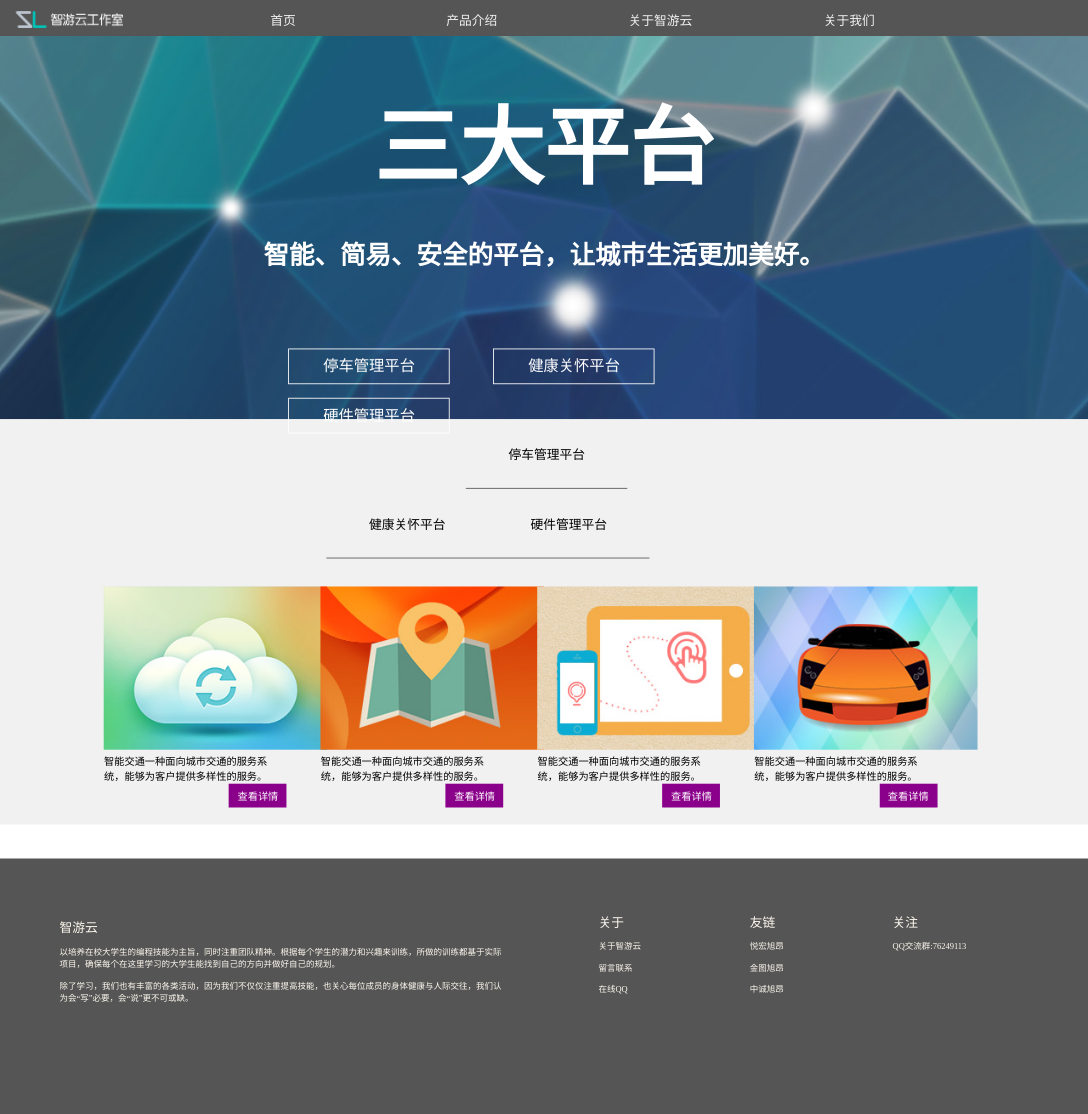
Repository: dakai1234/webTest
Page: 智游云1/product/product.html
The author's editor kept a copy of each file at every save. The page is drawn from the files as they stood at one save, then again after the next save.
The browser window is 1280 px wide. The pictures show the whole page, at 85% of full size.

Above is the page before, as saved 2021-04-11 22:42:55.

After the next save:
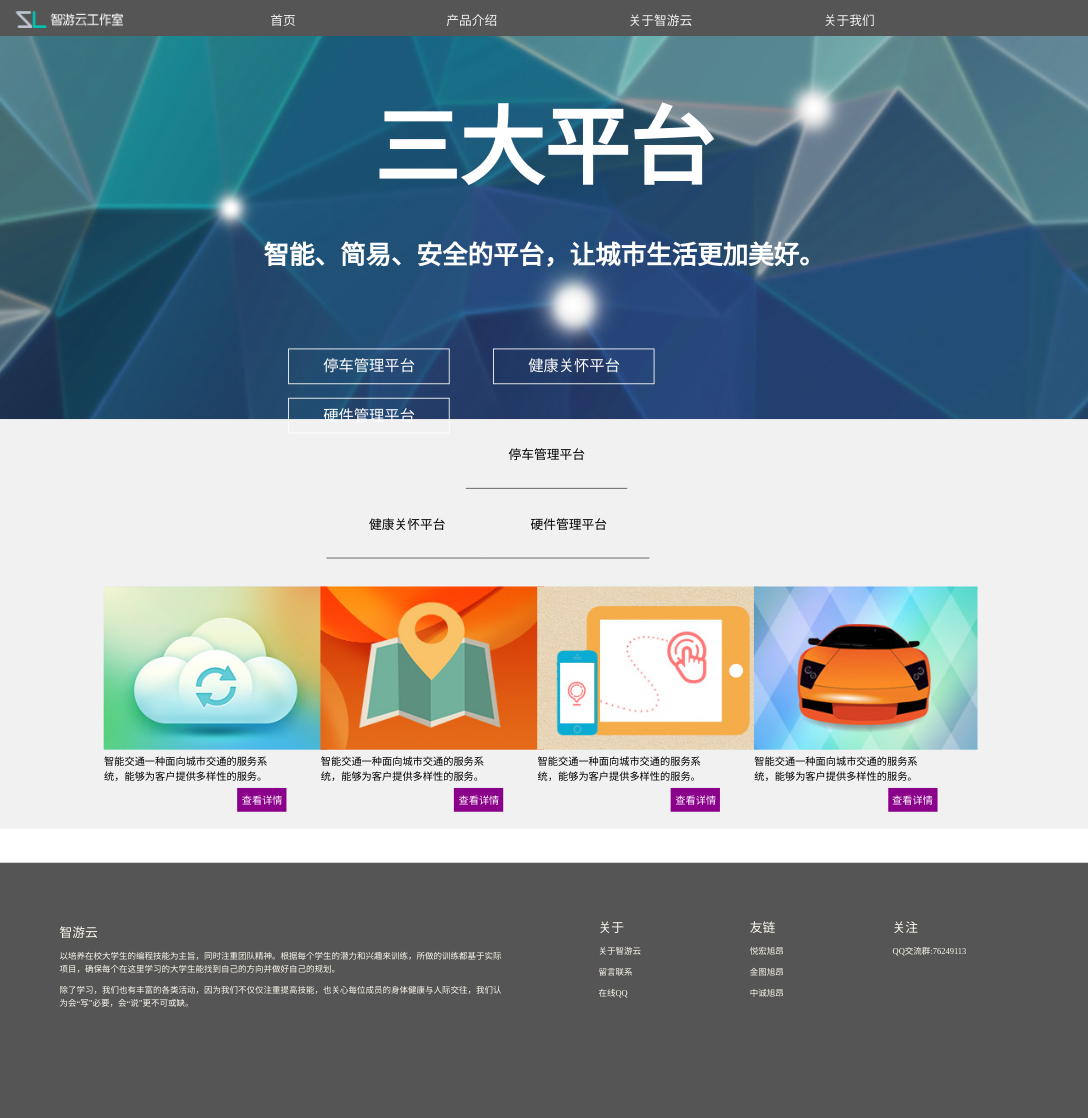
Saved 17 s later.
--- a/智游云1/product/product.css
+++ b/智游云1/product/product.css
@@ -80,7 +80,8 @@
 }
 
 .card a {
-    padding: 5px 10px;
+    margin-top: 5px;
+    padding: 5px;
     background-color: darkmagenta;
     font-size: 12px;
     float: right;
